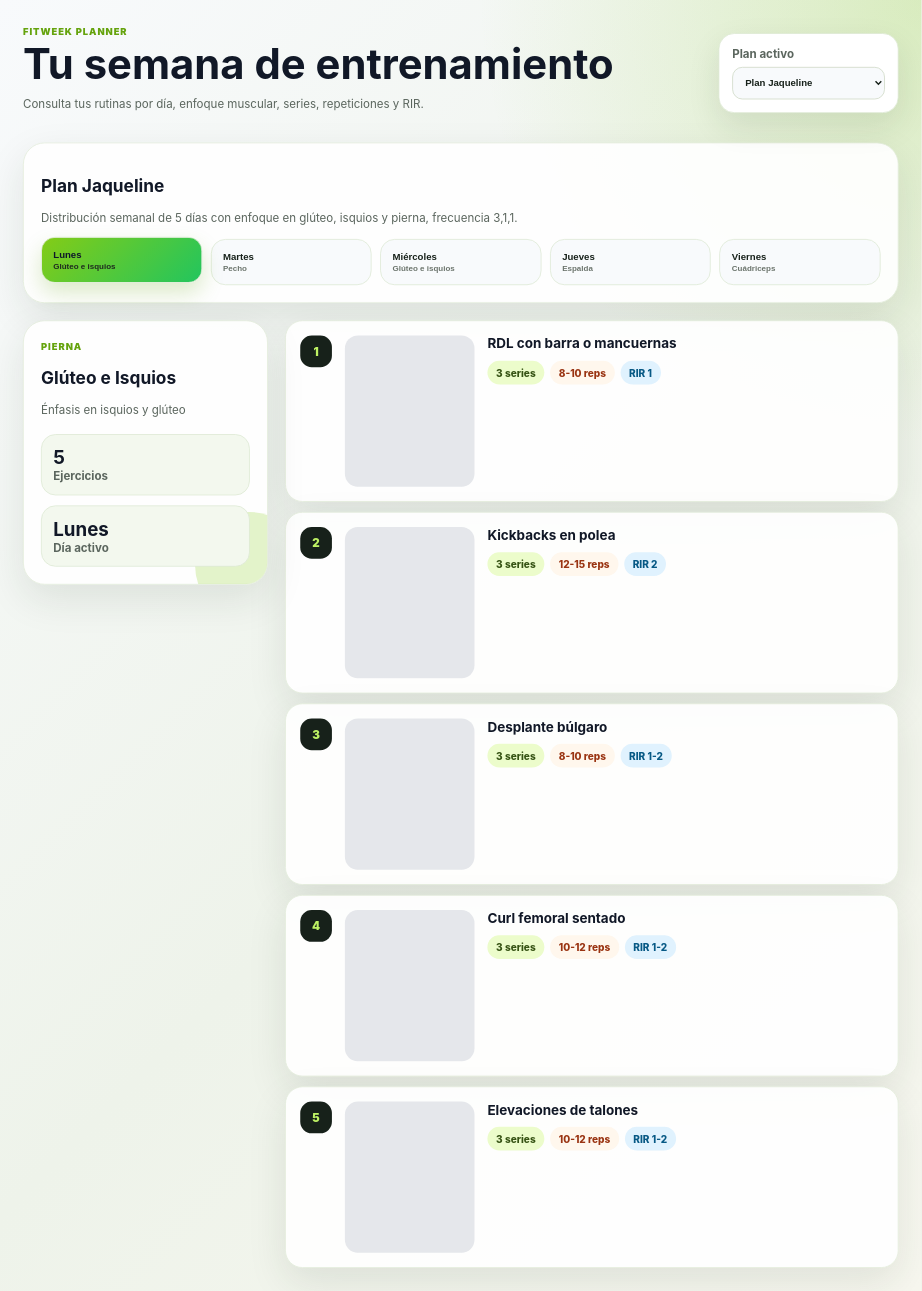
Repository: Jaqueline-CO/Fitweek-Planner
Page: /dashboard
An editor plug-in stored every save of this project. The page is shown before and after the next save, followed by the edit.
The browser window is 1280 px wide. The pictures show the whole page, at 72% of full size.
Pictures or frames that could not be fetched are drawn as grey boxes. The project was rebuilt for these pictures with package versions that can differ from the ones it lists, and the page was loaded fresh each time. Also part of the build but not shown: vite.config.js.

Above is the page before, as saved 2026-07-08 13:02:43.

### index.html
<!doctype html>
<html lang="en">
  <head>
    <meta charset="UTF-8" />
    <link rel="icon" type="image/svg+xml" href="/favicon.svg" />
    <meta name="viewport" content="width=device-width, initial-scale=1.0" />
    <title>rutinasgym</title>
  </head>
  <body>
    <div id="root"></div>
    <script type="module" src="/src/main.jsx"></script>
  </body>
</html>

### src/index.css
*,
*::before,
*::after {
  box-sizing: border-box;
  min-width: 0;
}

html,
body,
#root {
  width: 100%;
  max-width: 100%;
  min-height: 100vh;
  margin: 0;
  padding: 0;
  overflow-x: hidden;
}

html,
body {
  background: #eef3ea;
}

body {
  min-width: 320px;
  font-family: Inter, system-ui, sans-serif;
}

img,
video {
  max-width: 100%;
}

### src/App.jsx
import AppRoutes from "./routes/AppRoutes";

function App() {
  return <AppRoutes />;
}

export default App;

### src/routes/AppRoutes.jsx
import { BrowserRouter, Routes, Route } from "react-router-dom";
import Login from "../pages/Login";
import Dashboard from "../pages/Dashboard";

function AppRoutes() {
  return (
    <BrowserRouter>
      <Routes>
        <Route path="/" element={<Login />} />
        <Route path="/dashboard" element={<Dashboard />} />
      </Routes>
    </BrowserRouter>
  );
}

export default AppRoutes;

### src/pages/Dashboard.jsx
import { useState } from "react";
import { weeklyPlans } from "../data/weeklyPlans";
import { routines } from "../data/routines";
import "../styles/Dashboard.css";

function Dashboard() {
  const [selectedPlanId, setSelectedPlanId] = useState("jaqueline");
  const [selectedDay, setSelectedDay] = useState("Lunes");

  const selectedPlan = weeklyPlans.find((plan) => plan.id === selectedPlanId);
  const selectedPlanDay = selectedPlan.days.find((item) => item.day === selectedDay);
  const selectedRoutine = routines.find((routine) => routine.id === selectedPlanDay.routineId);

  return (
    <main className="dashboard-page">
      <section className="dashboard-hero">
        <div>
          <span className="eyebrow">FitWeek Planner</span>
          <h1>Tu semana de entrenamiento</h1>
          <p>Consulta tus rutinas por día, enfoque muscular, series, repeticiones y RIR.</p>
        </div>

        <div className="plan-selector">
          <label>Plan activo</label>
          <select
            value={selectedPlanId}
            onChange={(e) => {
              setSelectedPlanId(e.target.value);
              setSelectedDay("Lunes");
            }}
          >
            {weeklyPlans.map((plan) => (
              <option key={plan.id} value={plan.id}>
                {plan.name}
              </option>
            ))}
          </select>
        </div>
      </section>

      <section className="plan-card">
        <div>
          <h2>{selectedPlan.name}</h2>
          <p>{selectedPlan.description}</p>
        </div>

        <div className="day-tabs">
          {selectedPlan.days.map((item) => (
            <button
              key={item.day}
              className={selectedDay === item.day ? "day-tab active" : "day-tab"}
              onClick={() => setSelectedDay(item.day)}
            >
              <span>{item.day}</span>
              <small>{item.label}</small>
            </button>
          ))}
        </div>
      </section>

      <section className="routine-layout">
        <aside className="routine-summary">
          <span className="routine-category">{selectedRoutine.category}</span>
          <h2>{selectedRoutine.title}</h2>
          <p>{selectedRoutine.focus}</p>

          <div className="summary-stats">
            <div>
              <strong>{selectedRoutine.exercises.length}</strong>
              <span>Ejercicios</span>
            </div>
            <div>
              <strong>{selectedDay}</strong>
              <span>Día activo</span>
            </div>
          </div>
        </aside>

        <section className="exercise-list">
          {selectedRoutine.exercises.map((exercise, index) => (
            <article className="exercise-card" key={index}>
              <div className="exercise-number">{index + 1}</div>
              {exercise.video && (
                <div className="exercise-media">
                  <video
                    src={exercise.video}
                    autoPlay
                    muted
                    loop
                    playsInline
                  />
                </div>
              )}
              <div className="exercise-info">
                <h3>{exercise.name}</h3>

                <div className="exercise-tags">
                  <span>{exercise.sets} series</span>
                  <span>{exercise.reps} reps</span>
                  <span>RIR {exercise.rir}</span>
                </div>

                {exercise.notes && <p>{exercise.notes}</p>}
              </div>
            </article>
          ))}
        </section>
      </section>
    </main>
  );
}

export default Dashboard;

### src/data/weeklyPlans.js
export const weeklyPlans = [
  {
    id: "jaqueline",
    name: "Plan Jaqueline",
    description: "Distribución semanal de 5 días con enfoque en glúteo, isquios y pierna, frecuencia 3,1,1.",
    days: [
      { day: "Lunes", routineId: "gluteo-isquios", label: "Glúteo e isquios" },
      { day: "Martes", routineId: "pecho-a", label: "Pecho" },
      { day: "Miércoles", routineId: "gluteo-isquios", label: "Glúteo e isquios" },
      { day: "Jueves", routineId: "espalda", label: "Espalda" },
      { day: "Viernes", routineId: "cuadriceps", label: "Cuádriceps" },
    ],
  },
  {
    id: "israel",
    name: "Plan Israel",
    description: "Distribución semanal de 5 días con enfoque en Pecho, frecuencia 2,2,1.",
    days: [
      { day: "Lunes", routineId: "gluteo-isquios", label: "Glúteo e isquios" },
      { day: "Martes", routineId: "pecho-a", label: "Pecho" },
      { day: "Miércoles", routineId: "espalda", label: "Espalda" },
      { day: "Jueves", routineId: "pecho-b", label: "Pecho" },
      { day: "Viernes", routineId: "cuadriceps", label: "Cuádriceps" },
    ],
  },
];

### src/data/routines.js
export const routines = [
  {
    id: "gluteo-isquios",
    title: "Glúteo e Isquios",
    category: "Pierna",
    focus: "Énfasis en isquios y glúteo",
    exercises: [
      { name: "RDL con barra o mancuernas", sets: 3, reps: "8-10", rir: "1", video:"./videos/rdl.mp4" },
      { name: "Kickbacks en polea", sets: 3, reps: "12-15", rir: "2",video:"./videos/kickback-polea.mp4"},
      { name: "Desplante búlgaro", sets: 3, reps: "8-10", rir: "1-2", video:"./videos/bulgara.mp4" },
      { name: "Curl femoral sentado", sets: 3, reps: "10-12", rir: "1-2", video:"./videos/femoral-sentado.mp4" },
      { name: "Elevaciones de talones", sets: 3, reps: "10-12", rir: "1-2", video:"./videos/elevacion-talones.mp4" },
    ],
  },
  {
    id: "cuadriceps",
    title: "Cuádriceps",
    category: "Pierna",
    focus: "Énfasis en cuádriceps",
    exercises: [
      { name: "Sentadilla Hack", sets: 3, reps: "6-8", rir: "1", video:"./videos/sentadilla-hack.mp4" },
      { name: "Hip Thrust con barra", sets: 3, reps: "8-10", rir: "1", video:"./videos/hip-thrust.mp4" },
      { name: "Curl femoral acostado", sets: 3, reps: "10-12", rir: "1-2" , video:"./videos/curl-femoral-acostado.mp4" },
      { name: "Extensiones de cuádriceps", sets: 3, reps: "10-12", rir: "1-2", video:"./videos/extension-cuadricep.mp4" },
      { name: "Abducción en máquina", sets: 3, reps: "12-15", rir: "1-2" , video:"./videos/abduccion.mp4" },
      { name: "Adducción en máquina", sets: 3, reps: "12-15", rir: "1-2", video:"./videos/aductor.mp4" },
      { name: "Elevaciones de talones", sets: 3, reps: "10-12", rir: "1-2" , video:"./videos/elevacion-talones.mp4"},
    ],
  },
  {
    id: "pecho-a",
    title: "Pecho A",
    category: "Pecho",
    focus: "Énfasis en pectoral mayor",
    exercises: [
      { name: "Press inclinado con mancuernas", sets: 3, reps: "8-10", rir: "1-2", video:"./videos/press-inclinado-mancuerna.mp4" },
      { name: "Press plano con barra", sets: 2, reps: "6-8", rir: "0-1",video:"./videos/press-plano-barra.mp4" },
      { name: "Elevaciones laterales con mancuerna", sets: 2, reps: "12-15", rir: "2",video:"./videos/laterales-mancuerna.mp4" },
      { name: "Elevaciones en polea baja unilateral", sets: 3, reps: "12-15", rir: "2" , video:"./videos/elevaciones-polea-baja-unilateral.mp4" },
      { name: "Extensión de tríceps con cuerda", sets: 2, reps: "12-15", rir: "1-2", video:"./videos/extension-tricep.mp4" },
    ],
  },
  {
    id: "pecho-b",
    title: "Pecho B",
    category: "Pecho",
    focus: "Deltoide anterior, lateral y tríceps",
    exercises: [
      { name: "Press militar con mancuernas", sets: 3, reps: "8-10", rir: "1", video:"./videos/press-militar-mancuernas.mp4" },
      { name: "Press plano con barra o máquina", sets: 2, reps: "6-8", rir: "1", video:"./videos/press-plano-barra.mp4"},
      { name: "Cruce en poleas baja", sets: 2, reps: "12-15", rir: "2" , video:"./videos/cruce-poleas.mp4"},
      { name: "Elevaciones laterales con mancuernas", sets: 2, reps: "15-20", rir: "2",video:"./videos/laterales-mancuerna.mp4"},
      { name: "Extensión de tríceps overhead con cuerda", sets: 2, reps: "12-15", rir: "1-2", video:"./videos/triceps-overhead.mp4" },
      { name: "Push down con cuerda", sets: 2, reps: "10-12", rir: "1-2",video:"./videos/pushdown-cuerda.mp4" },
    ],
  },
  {
    id: "espalda",
    title: "Espalda",
    category: "Espalda",
    focus: "Dorsales - Amplitud, fuerza de tracción y foco lat",
    exercises: [
      { name: "Jalón al pecho con agarre neutro", sets: 4, reps: "8-10", rir: "-",video:"./videos/jalon-pecho-neutro.mp4", notes: "Máxima activación del dorsal ancho. Tensión mecánica alta." },
      { name: "Remo en maquina unilateral", sets: 4, reps: "8-10", rir: "-",video:"./videos/remo-unilateral.mp4", notes: "Segunda línea de tracción horizontal. Enfocado en upper back general." },
      { name: "Pull-over con cuerda en polea alta", sets: 3, reps: "12-15", rir: "-",video:"./videos/pull-over.mp4", notes: "Aislamiento del dorsal, sin intervención del bíceps." },
      { name: "Curl de bíceps en maquina", sets: 3, reps: "10-12", rir: "-",video:"./videos/curl-biceps.mp4", notes: "Foco total en bíceps braquial con gran estiramiento." },
    ],
  },
];

### src/styles/Dashboard.css
.dashboard-page {
  width: 100%;
  max-width: 100vw;
  min-height: 100vh;
  padding: 32px;
  overflow-x: hidden;
  color: #17211a;
  background:
    radial-gradient(circle at top right, rgba(132, 204, 22, 0.22), transparent 28%),
    linear-gradient(135deg, #f8fafc, #eef3ea 55%, #f7f7ef);
  font-family: Inter, system-ui, sans-serif;
}

.dashboard-hero {
  display: flex;
  justify-content: space-between;
  gap: 24px;
  align-items: center;
  margin-bottom: 28px;
}

.eyebrow,
.routine-category {
  color: #65a30d;
  font-weight: 900;
  letter-spacing: 0.1em;
  text-transform: uppercase;
  font-size: 13px;
}

.dashboard-hero h1 {
  font-size: clamp(34px, 5vw, 58px);
  margin: 8px 0;
  color: #111827;
  line-height: 1;
}

.dashboard-hero p,
.plan-card p,
.routine-summary p,
.exercise-info p {
  color: #5b665e;
}

.plan-selector {
  background: #ffffff;
  border: 1px solid #dbe7d2;
  padding: 18px;
  border-radius: 22px;
  min-width: 250px;
  box-shadow: 0 18px 45px rgba(32, 51, 34, 0.1);
}

.plan-selector label {
  display: block;
  margin-bottom: 8px;
  color: #5b665e;
  font-weight: 700;
}

.plan-selector select {
  width: 100%;
  padding: 13px;
  border-radius: 14px;
  border: 1px solid #cbd5c0;
  outline: none;
  font-weight: 800;
  color: #17211a;
  background: #f8fafc;
}

.plan-card,
.routine-summary,
.exercise-card {
  background: rgba(255, 255, 255, 0.92);
  border: 1px solid #e1ead8;
  box-shadow: 0 20px 55px rgba(32, 51, 34, 0.1);
}

.plan-card {
  border-radius: 30px;
  padding: 24px;
  margin-bottom: 24px;
}

.plan-card h2,
.routine-summary h2,
.exercise-info h3 {
  color: #111827;
}

.day-tabs {
  display: grid;
  grid-template-columns: repeat(5, 1fr);
  gap: 12px;
  margin-top: 20px;
}

.day-tab {
  border: 1px solid #dbe7d2;
  border-radius: 20px;
  padding: 16px;
  cursor: pointer;
  background: #f8fafc;
  color: #17211a;
  text-align: left;
  transition: 0.2s ease;
}

.day-tab span {
  display: block;
  font-weight: 900;
}

.day-tab small {
  color: #6b746c;
  font-weight: 600;
}

.day-tab.active,
.day-tab:hover {
  background: linear-gradient(135deg, #84cc16, #22c55e);
  color: #0f172a;
  transform: translateY(-3px);
  box-shadow: 0 14px 30px rgba(101, 163, 13, 0.22);
}

.day-tab.active small,
.day-tab:hover small {
  color: #1f2a1f;
}

.routine-layout {
  display: grid;
  grid-template-columns: 340px 1fr;
  gap: 24px;
}

.routine-summary {
  border-radius: 30px;
  padding: 24px;
  height: fit-content;
  position: relative;
  overflow: hidden;
}

.routine-summary::after {
  content: "";
  position: absolute;
  width: 150px;
  height: 150px;
  right: -50px;
  bottom: -50px;
  background: rgba(132, 204, 22, 0.22);
  border-radius: 50%;
}

.summary-stats {
  display: grid;
  grid-template-columns: 1fr;
  gap: 14px;
  margin-top: 24px;
  position: relative;
  z-index: 1;
}

.summary-stats div {
  background: #f3f8ee;
  border: 1px solid #dbe7d2;
  border-radius: 20px;
  padding: 16px;
}

.summary-stats strong {
  display: block;
  font-size: 26px;
  color: #111827;
}

.summary-stats span {
  color: #5b665e;
  font-weight: 700;
}

.exercise-list {
  display: grid;
  gap: 14px;
}

.exercise-card {
  display: flex;
  gap: 18px;
  align-items: flex-start;
  border-radius: 24px;
  padding: 20px;
  transition: 0.2s ease;
}

.exercise-card:hover {
  transform: translateY(-2px);
  box-shadow: 0 22px 60px rgba(32, 51, 34, 0.14);
}

.exercise-number {
  width: 44px;
  height: 44px;
  border-radius: 16px;
  display: grid;
  place-items: center;
  font-weight: 900;
  background: #17211a;
  color: #bef264;
  flex-shrink: 0;
}

.exercise-media {
  width: 180px;
  height: 210px;
  border-radius: 18px;
  overflow: hidden;
  background: #e5e7eb;
  flex-shrink: 0;
}

.exercise-media video {
  width: 100%;
  height: 100%;
  object-fit: cover;
  display: block;
}

.exercise-info h3 {
  margin: 0 0 12px;
}

.exercise-tags {
  display: flex;
  flex-wrap: wrap;
  gap: 8px;
}

.exercise-tags span {
  padding: 8px 12px;
  border-radius: 999px;
  background: #ecfccb;
  color: #365314;
  font-size: 14px;
  font-weight: 800;
}

.exercise-tags span:nth-child(2) {
  background: #fff7ed;
  color: #9a3412;
}

.exercise-tags span:nth-child(3) {
  background: #e0f2fe;
  color: #075985;
}

@media (max-width: 1100px) {
  .routine-layout {
    grid-template-columns: 300px 1fr;
  }

  .dashboard-hero h1 {
    font-size: 42px;
  }
}

@media (max-width: 900px) {
  .dashboard-page {
    padding: 24px;
  }

  .dashboard-hero {
    display: grid;
    grid-template-columns: 1fr;
  }

  .plan-selector {
    width: 100%;
    min-width: 0;
  }

  .day-tabs {
    grid-template-columns: repeat(2, 1fr);
  }

  .routine-layout {
    grid-template-columns: 1fr;
  }

  .routine-summary {
    position: static;
  }
}

@media (max-width: 600px) {
  .dashboard-page {
  width: 100%;
  max-width: 100vw;
  padding: 14px;
  overflow-x: hidden;
}

.dashboard-hero,
.plan-card,
.routine-layout,
.routine-summary,
.exercise-list,
.exercise-card,
.day-tabs,
.day-tab {
  width: 100%;
  max-width: 100%;
  overflow-x: hidden;
}

  .dashboard-hero,
  .plan-card,
  .routine-layout,
  .routine-summary,
  .exercise-list,
  .exercise-card {
    width: 100%;
    max-width: 100%;
  }

  .dashboard-hero h1 {
    font-size: 34px;
  }

  .dashboard-hero p {
    font-size: 15px;
  }

  .plan-selector {
    width: 100%;
    max-width: 100%;
    min-width: 0;
  }

  .plan-card,
  .routine-summary,
  .exercise-card {
    border-radius: 22px;
  }

  .plan-card {
    padding: 18px;
  }

  .day-tabs {
    grid-template-columns: 1fr;
  }

  .day-tab {
    padding: 14px;
  }

  .exercise-card {
    flex-direction: column;
    align-items: center;
    text-align: center;
  }

  .exercise-number {
    width: 38px;
    height: 38px;
    order: 1;
  }

  .exercise-info {
    order: 2;
  }

  .exercise-tags {
    justify-content: center;
    gap: 6px;
  }

  .exercise-tags span {
    font-size: 13px;
    padding: 7px 10px;
  }

  .exercise-media {
    order: 3;
    width: 100%;
    max-width: 280px;
    height: 300px;
    margin-top: 16px;
  }
}

Loaded but not shown: src/main.jsx (common file); src/pages/Login.jsx (no stored copy; drawn as an empty file)

After the next save:
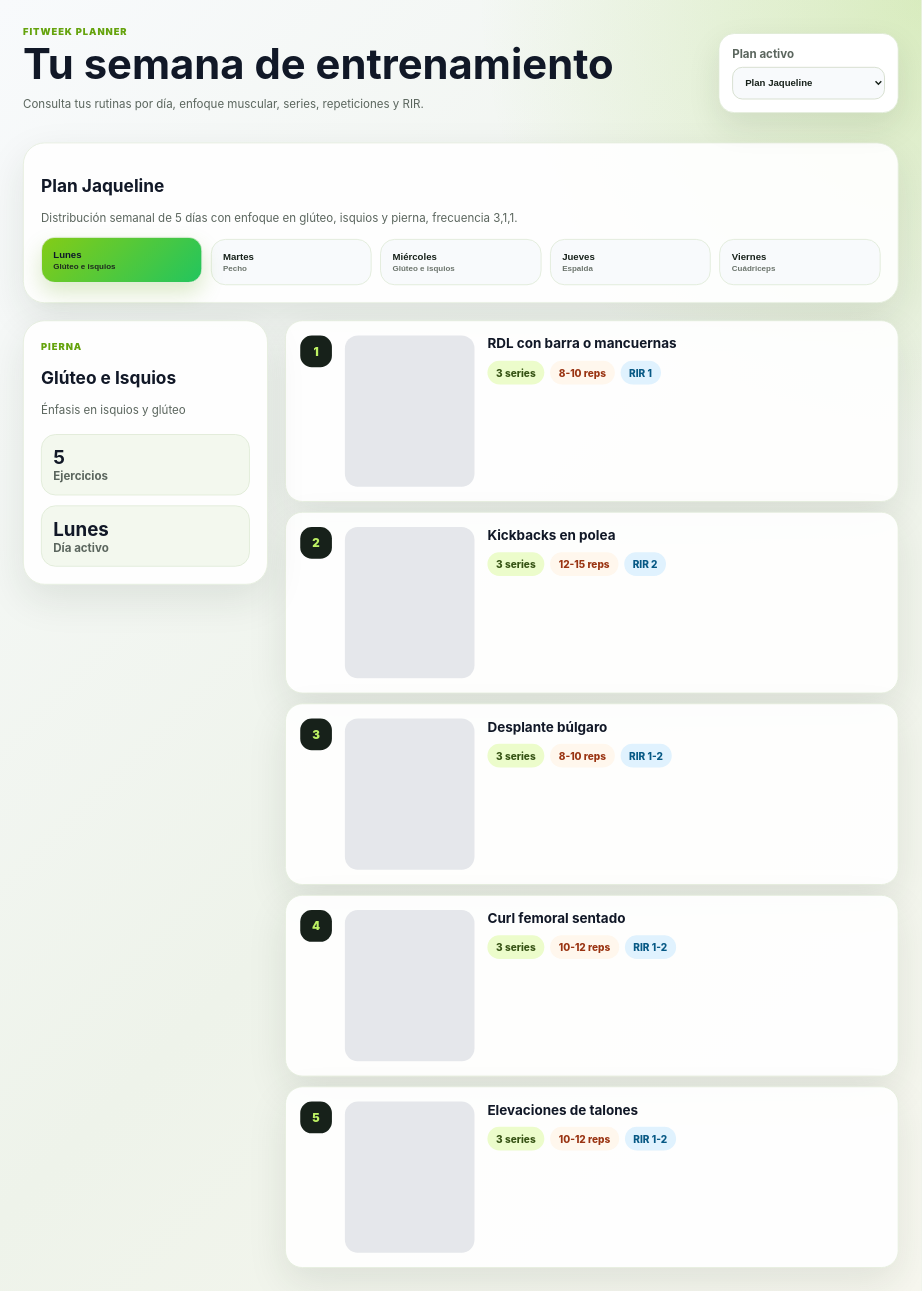
Saved 3 min 5 s later.
--- a/src/styles/Dashboard.css
+++ b/src/styles/Dashboard.css
@@ -144,7 +144,7 @@
   overflow: hidden;
 }
 
-.routine-summary::after {
+/* .routine-summary::after {
   content: "";
   position: absolute;
   width: 150px;
@@ -153,7 +153,7 @@
   bottom: -50px;
   background: rgba(132, 204, 22, 0.22);
   border-radius: 50%;
-}
+} */
 
 .summary-stats {
   display: grid;

After the save that followed:
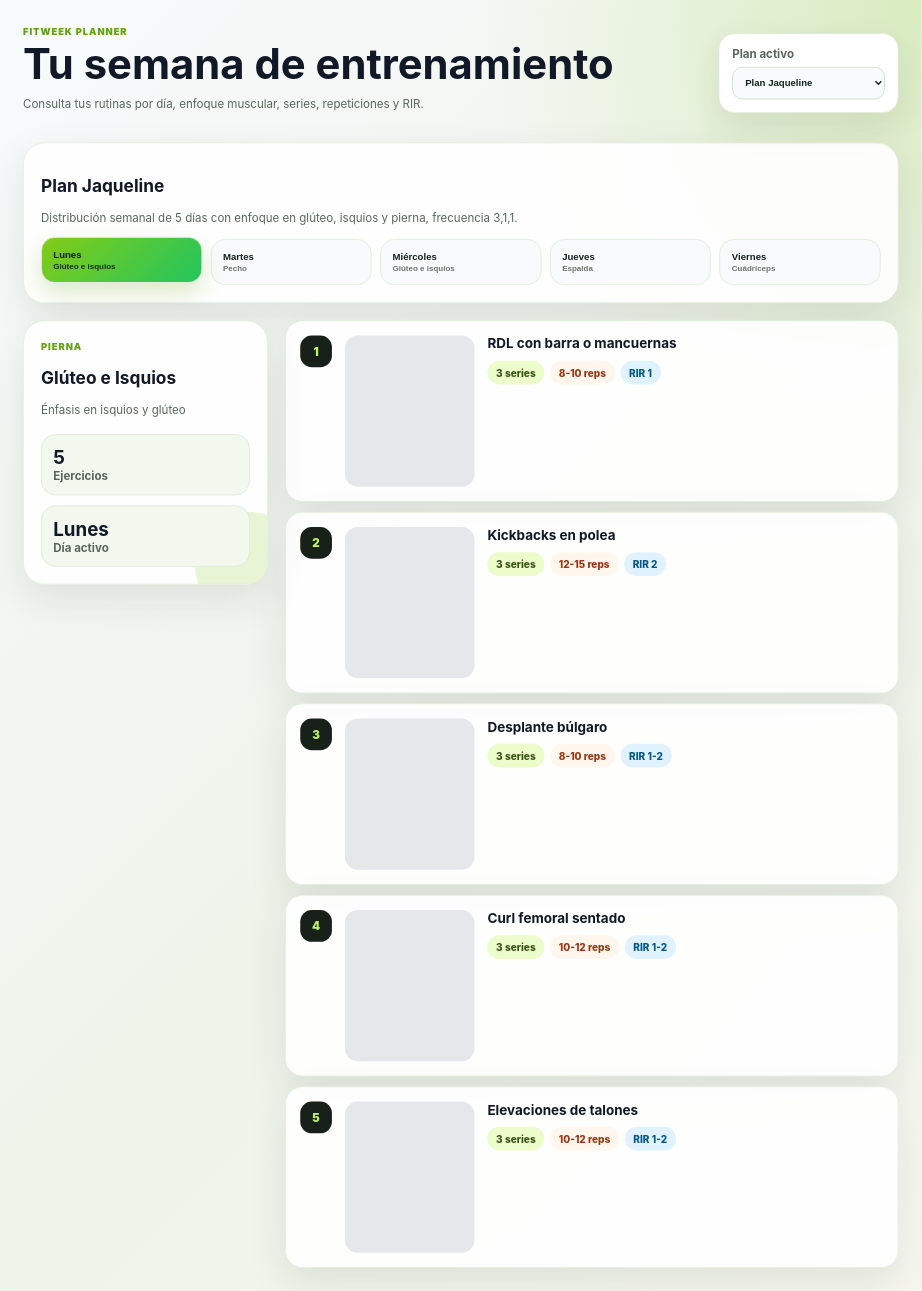
Saved 2 min 39 s later.
--- a/src/styles/Dashboard.css
+++ b/src/styles/Dashboard.css
@@ -144,16 +144,16 @@
   overflow: hidden;
 }
 
-/* .routine-summary::after {
-  content: "";
-  position: absolute;
-  width: 150px;
-  height: 150px;
-  right: -50px;
-  bottom: -50px;
-  background: rgba(132, 204, 22, 0.22);
-  border-radius: 50%;
-} */
+.routine-summary::after {
+    content: "";
+    position: absolute;
+    width: 150px;
+    height: 150px;
+    right: -50px;
+    bottom: -50px;
+    background: rgba(132,204,22,.18);
+    border-radius:50%;
+}
 
 .summary-stats {
   display: grid;
